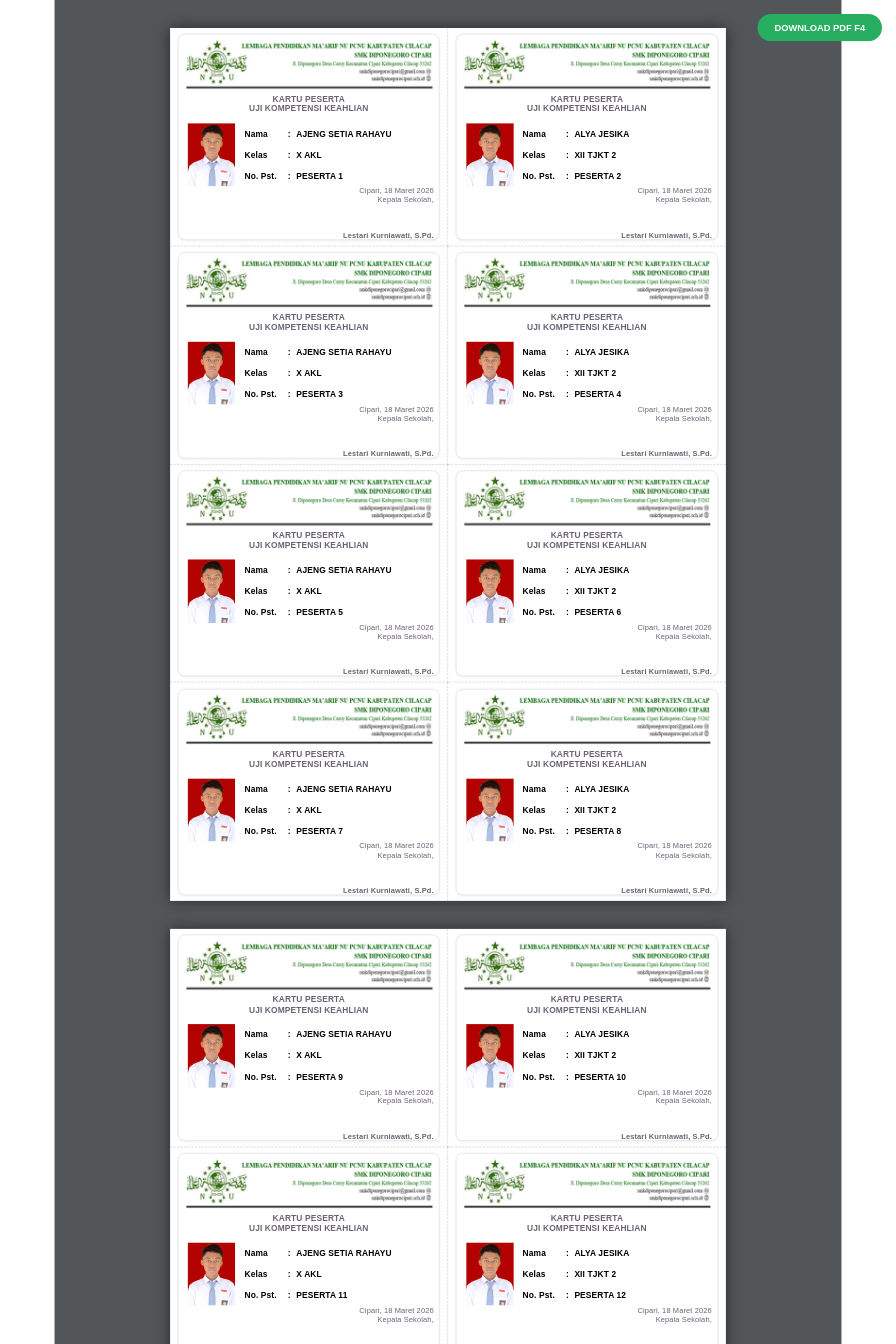
Repository: UsmanAzizz/generator-kartu-tes
Page: /
The author's editor kept a copy of each file at every save. The page is drawn from the files as they stood at one save, then again after a run of saves.
The browser window is 1280 px wide. The pictures show the part of the page from y = 0 to 1920 px (the page is 2654 px tall), at 70% of full size.
The project was rebuilt for these pictures with package versions that can differ from the ones it lists, and the page was loaded fresh each time. Also part of the build but not shown: vite.config.js.

Above is the page before, as saved 2026-03-18 16:23:41.

### index.html
<!doctype html>
<html lang="en">
  <head>
    <meta charset="UTF-8" />
    <link rel="icon" type="image/svg+xml" href="/favicon.svg" />
    <meta name="viewport" content="width=device-width, initial-scale=1.0" />
    <title>generator-kartu</title>
  </head>
  <body>
    <div id="root"></div>
    <script type="module" src="/src/main.jsx"></script>
  </body>
</html>

### src/index.css
:root {
  --text: #6b6375;
  --text-h: #08060d;
  --bg: #fff;
  --border: #e5e4e7;
  --code-bg: #f4f3ec;
  --accent: #aa3bff;
  --accent-bg: rgba(170, 59, 255, 0.1);
  --accent-border: rgba(170, 59, 255, 0.5);
  --social-bg: rgba(244, 243, 236, 0.5);
  --shadow:
    rgba(0, 0, 0, 0.1) 0 10px 15px -3px, rgba(0, 0, 0, 0.05) 0 4px 6px -2px;

  --sans: system-ui, 'Segoe UI', Roboto, sans-serif;
  --heading: system-ui, 'Segoe UI', Roboto, sans-serif;
  --mono: ui-monospace, Consolas, monospace;

  font: 18px/145% var(--sans);
  letter-spacing: 0.18px;
  color-scheme: light dark;
  color: var(--text);
  background: var(--bg);
  font-synthesis: none;
  text-rendering: optimizeLegibility;
  -webkit-font-smoothing: antialiased;
  -moz-osx-font-smoothing: grayscale;

  @media (max-width: 1024px) {
    font-size: 16px;
  }
}

@media (prefers-color-scheme: dark) {
  :root {
    --text: #9ca3af;
    --text-h: #f3f4f6;
    --bg: #16171d;
    --border: #2e303a;
    --code-bg: #1f2028;
    --accent: #c084fc;
    --accent-bg: rgba(192, 132, 252, 0.15);
    --accent-border: rgba(192, 132, 252, 0.5);
    --social-bg: rgba(47, 48, 58, 0.5);
    --shadow:
      rgba(0, 0, 0, 0.4) 0 10px 15px -3px, rgba(0, 0, 0, 0.25) 0 4px 6px -2px;
  }

  #social .button-icon {
    filter: invert(1) brightness(2);
  }
}

body {
  margin: 0;
}

#root {
  width: 1126px;
  max-width: 100%;
  margin: 0 auto;
  text-align: center;
  border-inline: 1px solid var(--border);
  min-height: 100svh;
  display: flex;
  flex-direction: column;
  box-sizing: border-box;
}

h1,
h2 {
  font-family: var(--heading);
  font-weight: 500;
  color: var(--text-h);
}

h1 {
  font-size: 56px;
  letter-spacing: -1.68px;
  margin: 32px 0;
  @media (max-width: 1024px) {
    font-size: 36px;
    margin: 20px 0;
  }
}
h2 {
  font-size: 24px;
  line-height: 118%;
  letter-spacing: -0.24px;
  margin: 0 0 8px;
  @media (max-width: 1024px) {
    font-size: 20px;
  }
}
p {
  margin: 0;
}

code,
.counter {
  font-family: var(--mono);
  display: inline-flex;
  border-radius: 4px;
  color: var(--text-h);
}

code {
  font-size: 15px;
  line-height: 135%;
  padding: 4px 8px;
  background: var(--code-bg);
}

### src/App.jsx
import { useState, useRef } from 'react';
import jsPDF from 'jspdf';
import html2canvas from 'html2canvas';

import kopImage from './image.png';
import dummyFoto from './aji.jpg';

function App() {
  const [students] = useState(Array.from({ length: 16 }, (_, i) => ({
    id: i + 1,
    nama: i % 2 === 0 ? "AJENG SETIA RAHAYU" : "ALYA JESIKA",
    kelas: i % 2 === 0 ? "X AKL" : "XII TJKT 2",
    username: `PESERTA ${i + 1}`,

    noPst: `2025/UKK/${100 + i}`,
    foto: dummyFoto
  })));

  const contentRef = useRef(null);

  const downloadPDF = async () => {
    const element = contentRef.current;
    const pdf = new jsPDF('p', 'mm', [210, 330]);

    const pages = element.querySelectorAll('.page-break');

    for (let i = 0; i < pages.length; i++) {
      const canvas = await html2canvas(pages[i], {
        scale: 3,
        useCORS: true,
        logging: false
      });
      const imgData = canvas.toDataURL('image/png');
      if (i > 0) pdf.addPage('p', 'mm', [210, 330]);
      pdf.addImage(imgData, 'PNG', 0, 0, 210, 330);
    }
    pdf.save("kartu-peserta-ukk-f4.pdf");
  };

  const styles = {
    wrapper: {
      backgroundColor: '#525659',
      padding: '40px 0',
      minHeight: '100vh',
      fontFamily: 'Arial, sans-serif'
    },
    page: {
      width: '210mm',
      height: '330mm',
      backgroundColor: 'white',
      margin: '0 auto 40px auto',
      display: 'grid',
      gridTemplateColumns: 'repeat(2, 1fr)',
      gridTemplateRows: 'repeat(4, 1fr)',
      boxSizing: 'border-box',
      boxShadow: '0 0 20px rgba(0,0,0,0.5)',
      overflow: 'hidden',
    },
    // LOGIKA GARIS POTONG DALAM SAJA
    cardSlot: (index) => ({
      display: 'flex',
      alignItems: 'center',
      justifyContent: 'center',
      boxSizing: 'border-box',
      height: '100%',
      width: '100%',
      // Garis putus-putus hanya di sisi dalam (tengah horizontal & vertikal)
      borderRight: (index % 2 === 0) ? '0.5mm dashed #ccc' : 'none',
      borderBottom: (index < 6) ? '0.5mm dashed #ccc' : 'none',
    }),
    card: {
      width: '99mm',
      height: '78mm',
      backgroundColor: 'white',
      border: '1px solid #ddd',
      borderRadius: '10px',
      padding: '2mm',
      boxSizing: 'border-box',
      display: 'flex',
      flexDirection: 'column',
      position: 'relative',
      boxShadow: '0 2px 4px rgba(0,0,0,0.05)',
    },
    headerKop: { width: '100%', marginBottom: '6px' },
    titleSection: { textAlign: 'center', marginBottom: '8px' },
    titleText: { fontSize: '9pt', fontWeight: 'bold', margin: '0', lineHeight: '1.2' },
    mainContent: { display: 'flex', gap: '12px', marginTop: '5px' },
    fotoWrapper: {
      width: '18mm',
      height: '24mm',
      flexShrink: 0,
      overflow: 'hidden',
      marginLeft: '1.5mm'
    },
  infoTable: {
      fontSize: '9pt',
      fontWeight: 'bold',
      width: '100%',
      height: '100%',
      textAlign: 'left',
      borderCollapse: 'collapse',
      color: '#000'

    },
    footerArea: {
      marginTop: 'auto',
      textAlign: 'right',
      fontSize: '8pt',
      lineHeight: '1.2'
    },
    signature: { fontWeight: 'bold', marginTop: '10mm' },
    btnDownload: {
      position: 'fixed', top: '20px', right: '20px', padding: '12px 24px',
      backgroundColor: '#27ae60', color: 'white', border: 'none', borderRadius: '30px',
      cursor: 'pointer', fontWeight: 'bold', zIndex: 1000
    }
  };

  const chunkData = (arr, size) => {
    return Array.from({ length: Math.ceil(arr.length / size) }, (v, i) =>
      arr.slice(i * size, i * size + size)
    );
  };

  const pages = chunkData(students, 8);

  return (
    <div style={styles.wrapper}>
      <button style={styles.btnDownload} onClick={downloadPDF}>DOWNLOAD PDF F4</button>
      <div ref={contentRef}>
        {pages.map((pageStudents, pageIdx) => (
          <div key={pageIdx} className="page-break" style={styles.page}>
            {pageStudents.map((std, index) => (
              <div key={std.id} style={styles.cardSlot(index)}>
                <div style={styles.card}>
                  <img src={kopImage} alt="KOP" style={styles.headerKop} />
                  <div style={styles.titleSection}>
                    <p style={styles.titleText}>KARTU PESERTA</p>
                    <p style={styles.titleText}>UJI KOMPETENSI KEAHLIAN</p>
                  </div>
                  <div style={styles.mainContent}>
                    <div style={styles.fotoWrapper}>
                      <img src={std.foto} alt="User" style={{width: '100%', height: '100%', objectFit: 'cover'}} />
                    </div>
                    <table style={styles.infoTable}>
                      <tbody>
                        <tr><td width="60">Nama</td><td width="10">:</td><td>{std.nama}</td></tr>
                        <tr><td>Kelas</td><td>:</td><td>{std.kelas}</td></tr>
                        <tr><td>No. Pst.</td><td>:</td><td>{std.username}</td></tr>

                      </tbody>
                    </table>
                  </div>
                  {/* Kotak Ruang seperti di contoh */}

                  <div style={styles.footerArea}>
                    <div>Cipari, 18 Maret 2026</div>
                    <div>Kepala Sekolah,</div>
                    <div style={styles.signature}>Lestari Kurniawati, S.Pd.</div>
                  </div>
                </div>
              </div>
            ))}
          </div>
        ))}
      </div>
    </div>
  );
}

export default App;

Loaded but not shown: src/main.jsx (common file)

After the next 2 saves:
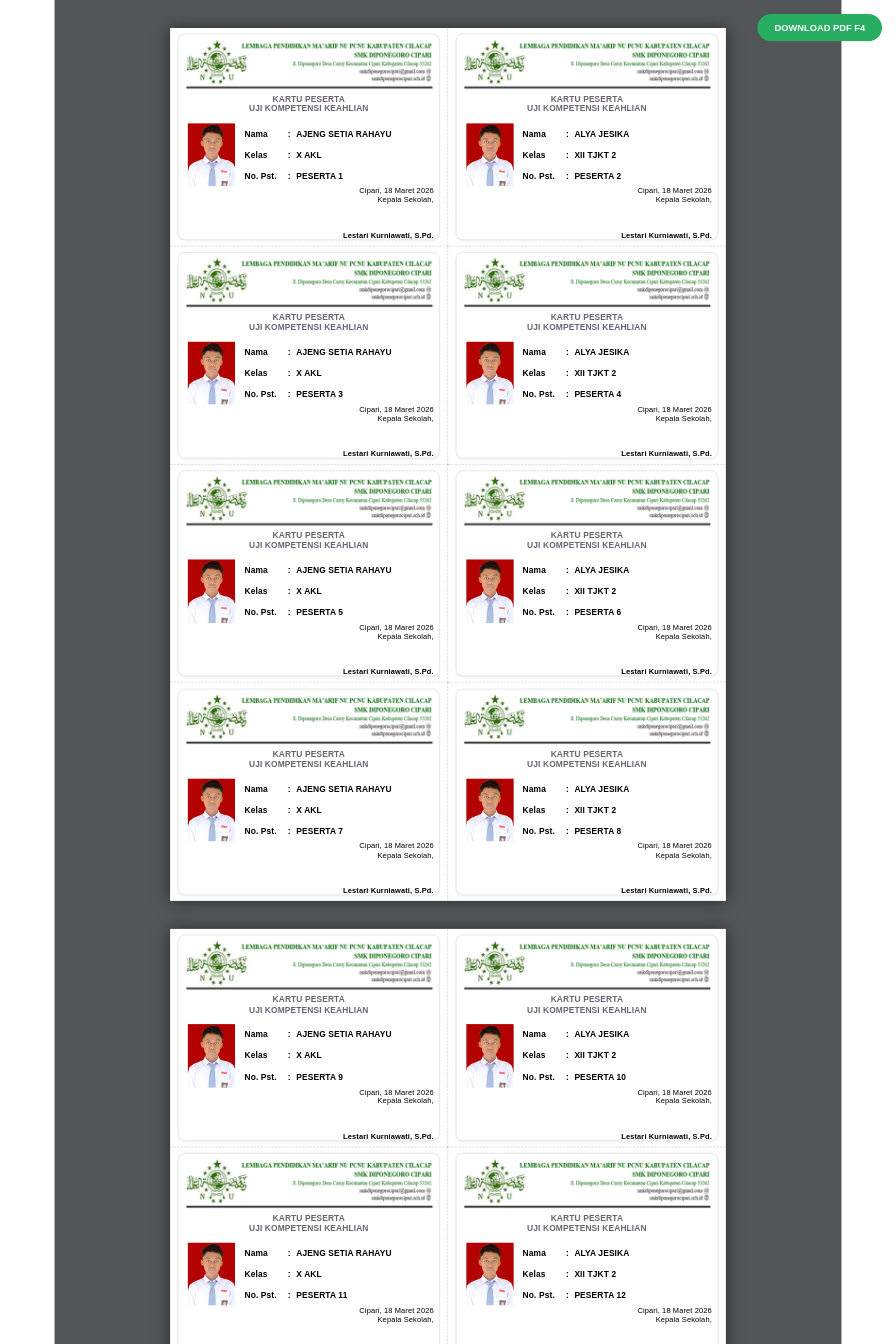
The 2 saves are shown as one change because 1 did not build or start.
The last was saved 51 s later.
--- a/src/App.jsx
+++ b/src/App.jsx
@@ -106,7 +106,8 @@
       marginTop: 'auto',
       textAlign: 'right',
       fontSize: '8pt',
-      lineHeight: '1.2'
+      lineHeight: '1.2',
+        color: '#000'
     },
     signature: { fontWeight: 'bold', marginTop: '10mm' },
     btnDownload: {
